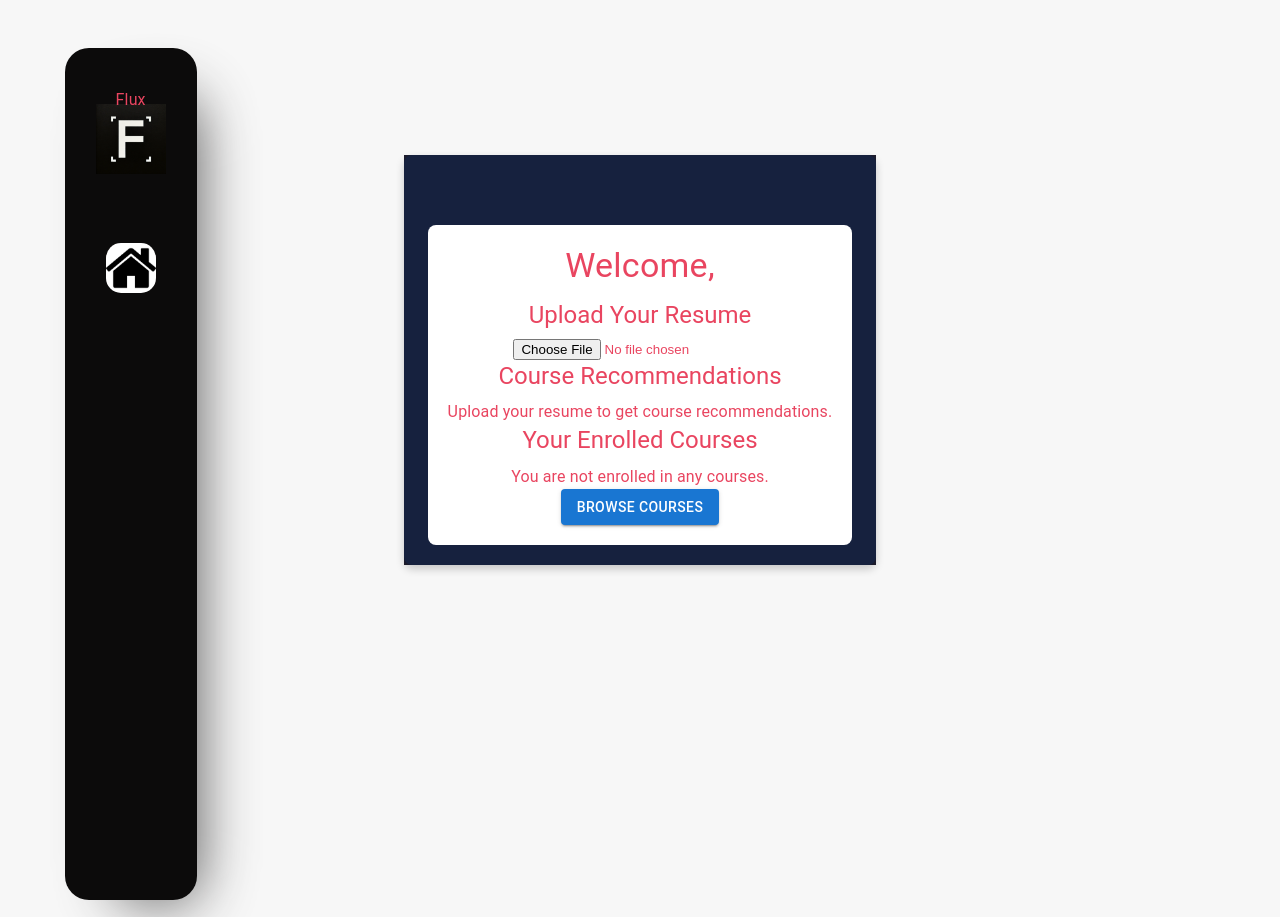
Repository: jvt2/OnlineCourseApp
Page: /dashboard
An editor plug-in stored every save of this project. The page is shown before and after the next save, followed by the edit.
The browser window is 1280 px wide. The pictures show the whole page.
The page's requests for data from a server got no answer. The project was rebuilt for these pictures with package versions that can differ from the ones it lists, and the page was loaded fresh each time. No one was signed in, and anything a server would have sent is missing. Also part of the build but not shown: src/features/auth/Register.js, src/features/auth/Login.js, src/features/courses/ResumeUpload.js, src/features/courses/CourseRecommendations.js, src/components/common/MyModal.js, src/features/courses/CourseCatalog.js, src/features/courses/CourseDetail.js, src/components/common/Navbar.js and 3 more. Imported but missing from the stored project, and not drawn on this page: src/app/reportWebVitals.

Above is the page before, as saved 2024-07-15 08:53:50.

### src/index.js
import React from 'react';
import ReactDOM from 'react-dom/client';
import { Provider } from 'react-redux';
import store from './redux/store';
import './index.css';
import App from './app/App';
import reportWebVitals from './app/reportWebVitals';

const root = ReactDOM.createRoot(document.getElementById('root'));
root.render(
  <React.StrictMode>
    <App />
  </React.StrictMode>
);

// If you want to start measuring performance in your app, pass a function
// to log results (for example: reportWebVitals(console.log))
// or send to an analytics endpoint. Learn more: https://bit.ly/CRA-vitals
reportWebVitals();

### src/redux/store.js
// src/redux/store.js

import { configureStore } from '@reduxjs/toolkit';
import userReducer from './userReducer';

const store = configureStore({
  reducer: {
    user: userReducer,
  },
});

export default store;

### src/app/App.js
import { BrowserRouter as Router, Route, Routes } from 'react-router-dom';
import React, { useState } from 'react';
import logo from '../logo.svg';
import './App.css';
import Register from '../features/auth/Register';
import Login from '../features/auth/Login';
import CourseCatalog from '../features/courses/CourseCatalog';
import CourseDetail from '../features/courses/CourseDetail';
import UserDashboard from '../features/dashboard/Dashboard';
import Navbar from '../components/common/Navbar';
import { Provider } from 'react-redux';
import store from '../redux/store'; // import your Redux store here
import Logout from '../features/auth/Logout'; // Import the Logout component
import Chatbot from '../features/chatbot/Chatbot';
import CourseRecommendations from '../features/courses/CourseRecommendations';
import axios from 'axios';
import ResumeUpload from '../features/courses/ResumeUpload';
import LandingPage from '../components/common/LandingPage';

function App() {
  const [loggedIn, setLoggedIn] = useState(false);
  const [users, setUsers] = useState([]);
  const [currentUser, setCurrentUser] = useState(null);
  const [recommendations, setRecommendations] = useState([]);

  const handleResumeUpload = (newRecommendations) => {
    console.log('New Recommendations:', newRecommendations);
    setRecommendations(newRecommendations);
  };

  const [courses, setCourses] = useState([
    {id: 1, name: 'Course 1', description: 'This is course 1'},
    {id: 2, name: 'Course 2', description: 'This is course 2'}
  ]);

  const handleRegister = async (username, password) => {
    try {
      const response = await axios.post('http://localhost:3001/register', { username, password });
      alert(response.data.message);
      // Log in the new user if registration is successful
      handleLogin(username, password);
    } catch (error) {
      alert(error.response.data.message);
    }
  };

  const handleLogin = async (username, password) => {
    try {
      const response = await axios.post('http://localhost:3001/login', { username, password });
      localStorage.setItem('token', response.data.token);
      setLoggedIn(true);
      setCurrentUser({ username });
    } catch (error) {
      alert('Login failed. Please check your username and password.');
    }
  };

  const handleEnroll = async (course) => {
    try {
      const token = localStorage.getItem('token');
      await axios.post('http://localhost:3001/enroll', { courseId: course.id }, {
        headers: { 'Authorization': `Bearer ${token}` }
      });
      setEnrolledCourses([...enrolledCourses, course]);
    } catch (error) {
      console.error('Enrollment failed', error);
    }
  };

  const [enrolledCourses, setEnrolledCourses] = useState([]);
  const [isModalOpen, setIsModalOpen] = useState(false);

  const handleSelectRecommendation = (recommendation) => {
    const newCourse = {
      id: courses.length + 1,
      name: recommendation.text,
      description: 'This is a recommended course based on your resume.'
    };

    setCourses([...courses, newCourse]);
    setEnrolledCourses([...enrolledCourses, newCourse]);
    setIsModalOpen(false);
  };

  return (
    <Provider store={store}>
      <Router>
        <div className="App">
          <Routes>
            <Route path="/" element={<LandingPage />} />
            <Route path="/register" element={<Register />} />
            <Route path="/login" element={<Login />} />
            <Route path="/dashboard" element={<UserDashboard />} /> {/* Added this line */}
          </Routes>
        </div>
      </Router>
    </Provider>
  );
}

export default App;

### src/redux/userReducer.js
// src/redux/userReducer.js
// src/redux/userReducer.js
import { createSlice } from '@reduxjs/toolkit';

const initialState = {
  id: null,
  email: null,
  token: null,
};

const userSlice = createSlice({
  name: 'user',
  initialState,
  reducers: {
    logIn(state, action) {
      state.id = action.payload.id;
      state.email = action.payload.email;
      state.token = action.payload.token;
    },
    logOut(state) {
      state.id = null;
      state.email = null;
      state.token = null;
    },
  },
});

export const { logIn, logOut } = userSlice.actions;
export default userSlice.reducer;

### src/app/App.css
/* App.css */
:root {
  --primary-bg-color: #1E1E2F;
  --secondary-bg-color: #282840;
  --primary-text-color: #F5F5F5;
  --link-color: #61dafb;
  --accent-color: #FF6B6B;
  --navbar-height: 4rem;
  --content-padding: 20px;
  --border-radius: 8px;
  --transition-duration: 0.3s;
  --gradient-bg-color: linear-gradient(120deg, #84fab0 0%, #8fd3f4 100%);
}

.App {
  text-align: center;
  font-family: 'Arial', sans-serif;
  background-color: var(--primary-bg-color);
}

.App-logo {
  height: 40vmin;
  pointer-events: none;
  filter: drop-shadow(0 0 10px var(--accent-color));
}

.App-header {
  background-color: var(--secondary-bg-color);
  min-height: 100vh;
  display: flex;
  flex-direction: column;
  align-items: center;
  justify-content: center;
  font-size: calc(10px + 2vmin);
  color: var(--primary-text-color);
  border-bottom-left-radius: var(--border-radius);
  border-bottom-right-radius: var(--border-radius);
}

.App-link {
  color: var(--link-color);
  transition: color var(--transition-duration);
}

.App-link:hover {
  color: var(--accent-color);
}

@media (prefers-reduced-motion: no-preference) {
  .App-logo {
    animation: App-logo-spin infinite 20s linear;
  }
}

@keyframes App-logo-spin {
  from {
    transform: rotate(0deg);
  }
  to {
    transform: rotate(360deg);
  }
}

.site-navbar {
  display: flex;
  align-items: center;
  background: var(--gradient-bg-color);
  padding: 10px 20px;
  height: var(--navbar-height);
  font-weight: 500;
  box-shadow: 0 4px 6px rgba(0, 0, 0, 0.1);
}

.navbar-nav {
  display: flex;
  align-items: center;
  list-style: none;
  margin: 0;
  padding: 0;
  flex-grow: 1;
  justify-content: center;
}

.nav-item {
  display: flex;
  align-items: center;
  justify-content: center;
  text-decoration: none;
  color: var(--primary-text-color);
  padding: 15px 25px;
  transition: all 0.3s ease-in-out;
  border-radius: var(--border-radius);
  position: relative;
}

.nav-item:before {
  content: '';
  position: absolute;
  top: 0;
  left: 0;
  width: 0;
  height: 100%;
  background: var(--accent-color);
  border-radius: var(--border-radius);
  transition: width 0.3s ease-in-out;
  z-index: -1;
}

.nav-item:hover:before {
  width: 100%;
}

.nav-item:hover {
  color: var(--secondary-bg-color);
  box-shadow: 0 4px 8px rgba(0, 0, 0, 0.2);
  text-decoration: none;
}

.navbar-brand {
  margin-right: auto;
  color: var(--primary-text-color);
  font-size: 1.5em;
  font-weight: bold;
}

.App-content {
  padding: var(--content-padding);
  color: var(--primary-text-color);
}

.App-footer {
  text-align: center;
  padding: var(--content-padding);
  background-color: var(--secondary-bg-color);
  color: var(--primary-text-color);
  box-shadow: 0 -4px 6px rgba(0, 0, 0, 0.1);
}

.course-recommendations {
  width: 80%;
  margin: auto;
  background: #f9f9f9;
  padding: 20px;
  border-radius: 5px;
  box-shadow: 0px 0px 10px rgba(0, 0, 0, 0.1);
}

.course-recommendations h2 {
  text-align: center;
  color: #333;
}

.course-recommendations .course {
  padding: 10px 0;
  border-bottom: 1px solid #eee;
}

.course-recommendations .course:last-child {
  border-bottom: none;
}

.course-recommendations .course button {
  margin-left: 10px;
}

body {
  background-color: #1a1a2e;
  color: #e94560;
}

.MuiContainer-root {
  background-color: #16213e;
  border-radius: 8px;
  padding: 20px;
  box-shadow: 0 4px 8px rgba(0, 0, 0, 0.2);
}

.customTextField .MuiInputBase-input {
  color: #fff;
  background-color: rgba(255, 255, 255, 0.1);
}

.customTextField .MuiInputLabel-root {
  color: rgba(255, 255, 255, 0.7);
}

.customTextField .MuiInputLabel-root.Mui-focused {
  color: #fff;
}

.customTextField .MuiOutlinedInput-root {
  &.Mui-focused .MuiOutlinedInput-notchedOutline {
    border-color: #fff;
  }
  & .MuiOutlinedInput-notchedOutline {
    border-color: rgba(255, 255, 255, 0.5);
  }
}

### src/features/dashboard/Dashboard.js
// src/features/dashboard/Dashboard.js
import React, { useEffect, useState } from 'react';
import axios from 'axios';
import { useSelector } from 'react-redux';
import { Container, Typography, Button, Box, List, ListItem, ListItemText } from '@mui/material';
import { useNavigate } from 'react-router-dom';
import './Dashboard.css'; // Correct import for CSS

function Dashboard() {
  const [enrolledCourses, setEnrolledCourses] = useState([]);
  const [recommendations, setRecommendations] = useState([]);
  const token = useSelector(state => state.user.token);
  const userId = useSelector(state => state.user.id);
  const userEmail = useSelector(state => state.user.email);
  const navigate = useNavigate();

  useEffect(() => {
    const fetchEnrolledCourses = async () => {
      try {
        const response = await axios.get(`http://localhost:3001/user/${userId}/courses`, {
          headers: { Authorization: `Bearer ${token}` }
        });
        setEnrolledCourses(response.data);
      } catch (error) {
        console.error('Error fetching enrolled courses:', error);
      }
    };

    const fetchRecommendations = async () => {
      try {
        const response = await axios.get(`http://localhost:3001/user/${userId}/recommendations`, {
          headers: { Authorization: `Bearer ${token}` }
        });
        setRecommendations(response.data);
      } catch (error) {
        console.error('Error fetching recommendations:', error);
      }
    };

    fetchEnrolledCourses();
    fetchRecommendations();
  }, [userId, token]);

  const handleResumeUpload = async (event) => {
    const formData = new FormData();
    formData.append('resume', event.target.files[0]);

    try {
      const response = await axios.post('http://localhost:3001/uploadResume', formData, {
        headers: {
          'Content-Type': 'multipart/form-data',
          Authorization: `Bearer ${token}`,
        },
      });
      setRecommendations(response.data.recommendations);
    } catch (error) {
      console.error('Error uploading resume:', error);
    }
  };

  return (
    <Container component="main" maxWidth="md">
      <Box className="sidebar">
        <div className="sidebar-blur"></div>
        <div className="sidebar-main">
          <Typography className="sidebar-logo">Flux</Typography>
          <div className="sidebar-icon icon-home"></div>
          <div className="sidebar-icon icon-graduation"></div>
          <div className="sidebar-icon icon-user"></div>
          <div className="sidebar-icon icon-message"></div>
          <div className="sidebar-icon icon-settings"></div>
          <div className="sidebar-icon icon-logout"></div>
        </div>
      </Box>
      <Box className="dashboard-container">
        <Typography className="dashboard-header" variant="h4" gutterBottom>
          Welcome, {userEmail}
        </Typography>
        <Box className="upload-container">
          <Typography variant="h5" gutterBottom>
            Upload Your Resume
          </Typography>
          <input type="file" onChange={handleResumeUpload} accept=".pdf,.doc,.docx,.txt" />
        </Box>
        <Box className="recommendations-container">
          <Typography variant="h5" gutterBottom>
            Course Recommendations
          </Typography>
          {recommendations.length > 0 ? (
            <List>
              {recommendations.map((rec, index) => (
                <ListItem key={index}>
                  <ListItemText primary={rec.title} secondary={rec.description} />
                </ListItem>
              ))}
            </List>
          ) : (
            <Typography variant="body1">Upload your resume to get course recommendations.</Typography>
          )}
        </Box>
        <Box className="enrolled-courses-container">
          <Typography variant="h5" gutterBottom>
            Your Enrolled Courses
          </Typography>
          {enrolledCourses.length > 0 ? (
            <List>
              {enrolledCourses.map(course => (
                <ListItem key={course.id}>
                  <ListItemText primary={course.name} />
                </ListItem>
              ))}
            </List>
          ) : (
            <Typography variant="body1">You are not enrolled in any courses.</Typography>
          )}
        </Box>
        <Box className="button-container">
          <Button variant="contained" color="primary" onClick={() => navigate('/courses')}>
            Browse Courses
          </Button>
        </Box>
      </Box>
    </Container>


  );
}

export default Dashboard;

### src/features/auth/Logout.js
// Logout.js
import { useEffect } from 'react';
import { useDispatch } from 'react-redux';
import { useNavigate } from 'react-router-dom';
import { logOut } from '../../redux/reducers/userslice'; // Import the logOut action

function Logout() {
  const navigate = useNavigate();
  const dispatch = useDispatch();

  useEffect(() => {
    localStorage.removeItem('token'); // Remove the token from local storage
    dispatch(logOut()); // Dispatch the logOut action
    navigate('/login'); // Navigate to the login page
  }, [dispatch, navigate]);

  return null;
}

export default Logout;

### src/components/common/LandingPage.css
body {
    display: flex;
    justify-content: center;
    align-items: center;
    height: 100vh;
    background-color: #f7f7f7;
    margin: 0;
    font-family: 'Roboto', sans-serif;
  }

  .sign-in-container {
    display: flex;
    justify-content: center;
    align-items: center;
    height: 100%;
    width: 100%;
  }

  .sign-in-form {
    background-color: white;
    padding: 60px;
    border-radius: 10px;
    box-shadow: 0 4px 8px rgba(0, 0, 0, 0.1);
    text-align: center;
    max-width: 600px;
    width: 90%;
  }

  .logo {
    width: 200px;
    height: 200px;
    margin-bottom: 30px;
    background-color: white;
    border-radius: 10px;
  }

  h1 {
    margin: 0;
    font-size: 32px;
    font-weight: 700;
  }

  .subtitle {
    margin: 10px 0;
    color: #555;
    font-size: 18px;
  }

  .google-sign-in {
    background-color: #ffffff;
    color: #000;
    border: 1px solid #ccc;
    padding: 15px;
    width: 100%;
    border-radius: 5px;
    margin-bottom: 30px;
    display: flex;
    justify-content: center;
    align-items: center;
    cursor: pointer;
    font-size: 18px;
    font-weight: 500;
    transition: background-color 0.3s;
  }

  .google-sign-in:hover {
    background-color: #f0f0f0;
  }

  .google-logo {
    width: 25px;
    margin-right: 10px;
  }

  .separator {
    display: flex;
    align-items: center;
    text-align: center;
    margin: 30px 0;
    color: #aaa;
    font-size: 18px;
  }

  .separator::before,
  .separator::after {
    content: '';
    flex: 1;
    border-bottom: 1px solid #ccc;
  }

  .separator:not(:empty)::before {
    margin-right: .5em;
  }

  .separator:not(:empty)::after {
    margin-left: .5em;
  }

  .email-input,
  .password-input {
    width: 100%;
    padding: 15px;
    margin-bottom: 30px;
    border: 1px solid #ccc;
    border-radius: 5px;
    font-size: 18px;
    transition: border-color 0.3s;
  }

  .email-input:focus,
  .password-input:focus {
    border-color: #007bff;
    outline: none;
  }

  .continue-button {
    background-color: #9b51e0;
    color: white;
    border: none;
    padding: 15px;
    width: 100%;
    border-radius: 5px;
    font-size: 18px;
    font-weight: 500;
    cursor: pointer;
    transition: background-color 0.3s;
    margin-bottom: 10px; /* Add margin to separate the buttons */
  }

  .continue-button:hover {
    background-color: #7a3bc0;
  }

  .email-error {
    color: red;
    margin-top: 10px;
    font-size: 14px;
  }


  .back-button {
    background-color: #ccc;
    color: white;
    border: none;
    padding: 15px;
    width: 100%;
    border-radius: 5px;
    font-size: 18px;
    font-weight: 500;
    cursor: pointer;
    transition: background-color 0.3s;
    margin-bottom: 10px; /* Add margin to separate the buttons */
  }

  .back-button:hover {
    background-color: #aaa;
  }

  .sign-up-link {
    margin-top: 30px;
    color: #aaa;
    font-size: 18px;
  }

  .sign-up-link a {
    color: #9b51e0;
    text-decoration: none;
  }

  .sign-up-link a:hover {
    text-decoration: underline;
  }

### src/features/dashboard/Dashboard.css
/* Dashboard CSS */

/* General styles for the dashboard */
.dashboard-container {
    background: #FFFFFF;
    padding: 20px;
    border-radius: 8px;
    margin-top: 50px;
    text-align: center;
  }

  /* Sidebar styles */
  .sidebar {
    position: absolute;
    width: 132px;
    height: 853.12px;
    left: 32.34px;
    top: 24.02px;
    display: flex;
    flex-direction: column;
    align-items: center;
    justify-content: space-around; /* Evenly distribute space around the items */
    padding: 20px 0;
  }

  .sidebar-blur {
    position: absolute;
    width: 81.01px;
    height: 804px;
    left: 83.32px;
    top: 73.14px;
    background: #0C0B0B;
    opacity: 0.7;
    filter: blur(30px);
    border-radius: 24px;
  }

  .sidebar-main {
    position: absolute;
    width: 132px;
    height: 852px;
    left: 32.34px;
    top: 24.02px;
    background: #0C0B0B;
    border-radius: 24px;
  }

  .sidebar-logo {
    position: absolute;
    width: 70px;
    height: 102px;
    left: 74.46px;
    top: 39.67px;
    font-family: 'Baloo Bhai';
    font-style: normal;
    font-weight: 400;
    font-size: 64px;
    line-height: 102px;
    background-image: url('/public/assets/F_icon.png');
    background-size: contain;
    background-position: center;
    background-repeat: no-repeat;
    position: absolute;
    left: 50%;
    transform: translateX(-50%);
    margin-bottom: 40px; /* Adjust as needed */
  }

  .sidebar-icon {
    position: absolute;
    width: 26px;
    height: 26px;
    left: 85.15px;
    margin-bottom: 30px; /* Adjust as needed */
  }

  .sidebar-icon.icon-home {
    width: 50px;
    height: 50px;
    background-image: url('/public/assets/home-icon-1.png');
    border-radius: 30%;
    position: absolute;
    left: 50%;
    transform: translateX(-50%);
    background-size: contain;
    background-repeat: no-repeat;
    top:22.84%;
  }

  .icon-graduation {
    top: 32.84%;
    background-position: center;
  }

  .icon-user {
    top: 42.46%;
    background-position: center;
  }

  .icon-message {
    top: 52.44%;
    background-position: center;
  }

  .icon-settings {
    top: 62.11%;
  }

  .icon-logout {
    top: 89.95%;
    background-position: center;
  }

  .icon-background {
    background: #FFFFFF;
    background-position: center;
  }

### src/redux/reducers/userslice.js
import { createSlice } from '@reduxjs/toolkit';

const userSlice = createSlice({
  name: 'user',
  initialState: { name: '', loggedIn: false },
  reducers: {
    logIn: (state, action) => {
      state.name = action.payload.name;
      state.loggedIn = true;
    },
    logOut: (state) => {
      state.name = '';
      state.loggedIn = false;
    }
  }
});

export const { logIn, logOut } = userSlice.actions;
export default userSlice.reducer;

Loaded but not shown: public/index.html (common file); src/index.css (common file)

After the next save:
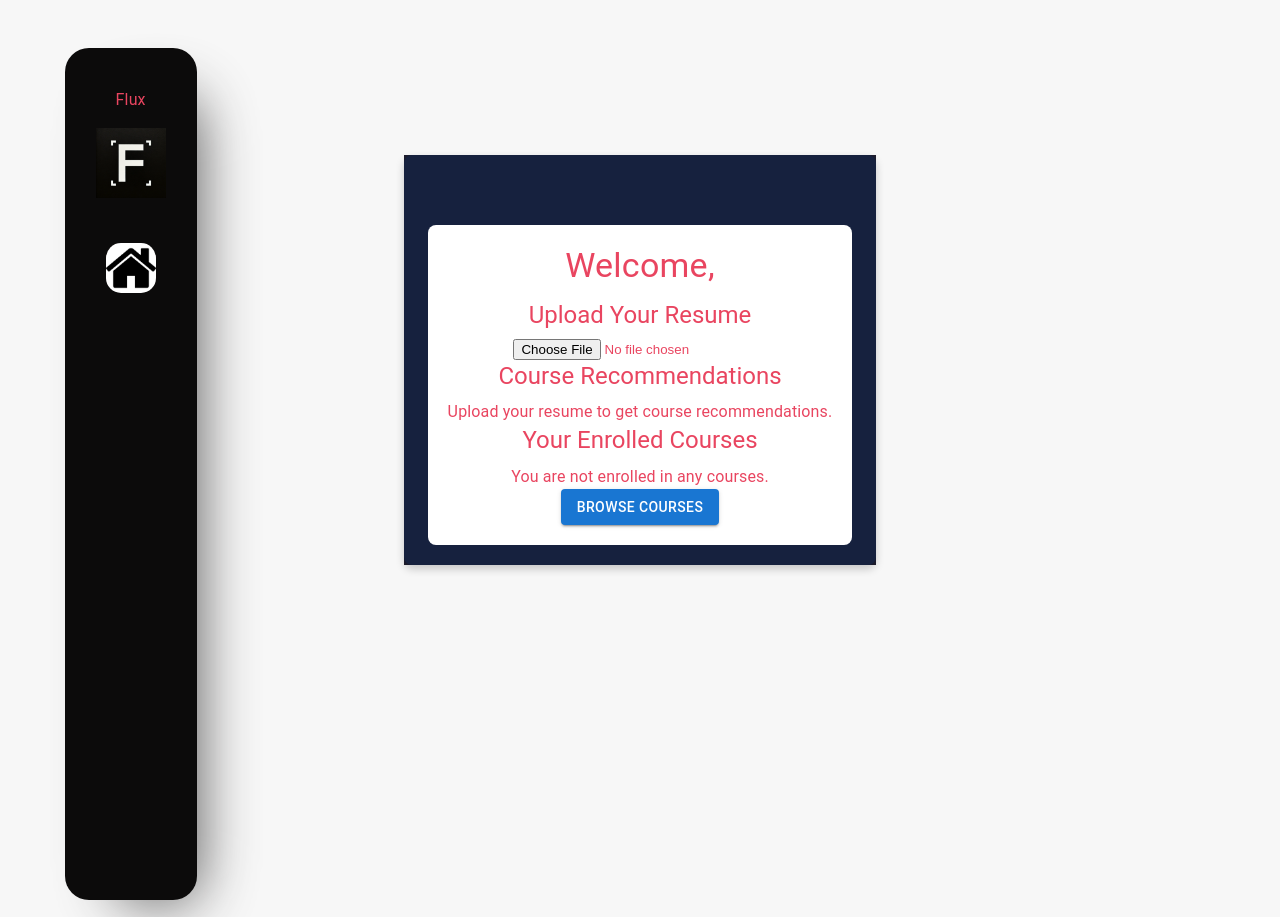
Saved 6 s later.
--- a/src/features/dashboard/Dashboard.css
+++ b/src/features/dashboard/Dashboard.css
@@ -48,7 +48,7 @@
   .sidebar-logo {
     position: absolute;
     width: 70px;
-    height: 102px;
+    height: 150px;
     left: 74.46px;
     top: 39.67px;
     font-family: 'Baloo Bhai';
